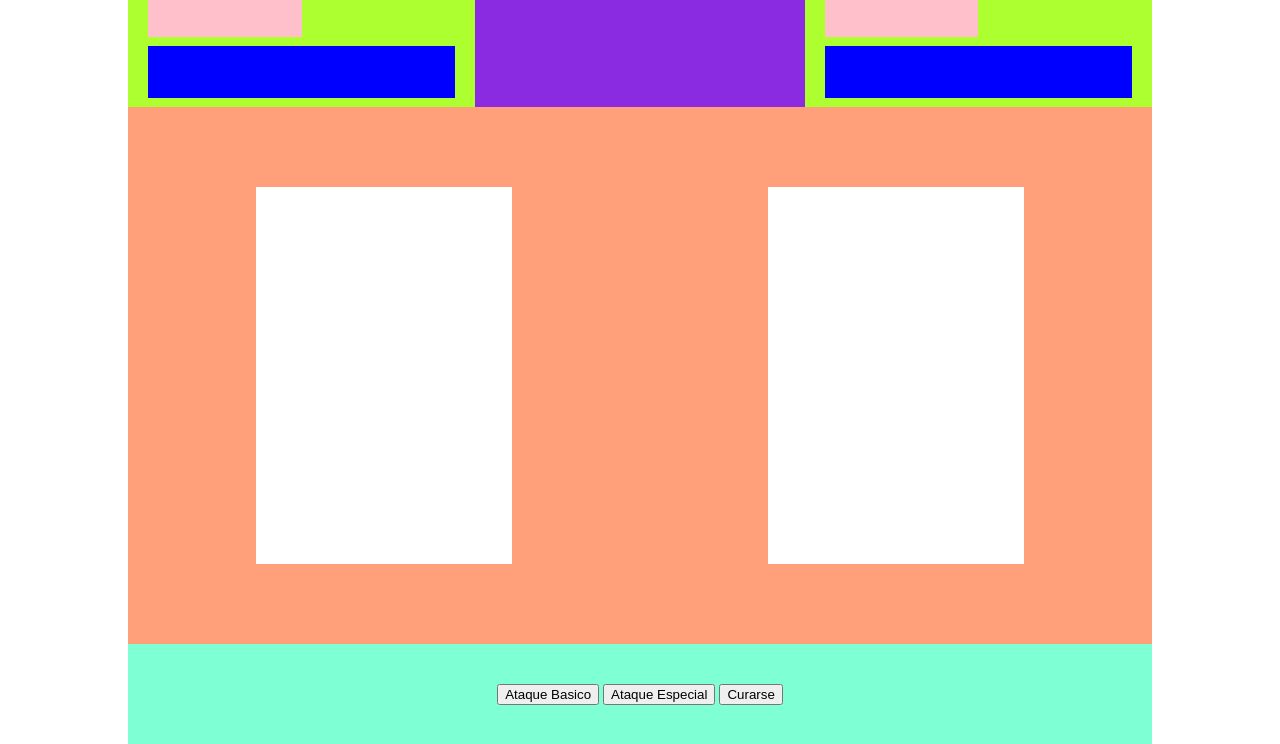
Repository: NovaDuel/novaduel-game
Page: index.html
An editor plug-in stored every save of this project. The page is shown before and after the next save, followed by the edit.
The browser window is 1280 px wide. The pictures show the whole page.

Above is the page before, as saved 2024-03-25 12:28:28.

### index.html
<!DOCTYPE html>
<html lang="en">
<head>
    <meta charset="UTF-8">
    <meta name="viewport" content="width=device-width, initial-scale=1.0">
    <link rel="stylesheet" href="style.css">
    <script src="main.js" defer></script>
    <title>NovaDuel</title>
</head>
<body>
    <div id="main-container">
        <div id="status">
            <div class="bars-wrapper">
                <div id="health-player" class="health"></div>
                <div id="stamina-player" class="stamina"></div>
            </div>
            <div class="bars-wrapper">
                <div id="health-enemy" class="health"></div>
                <div id="stamina-enemy" class="stamina"></div>
            </div>
        </div>
        <div id="characters">
            <div id="player" class="pj"></div>
            <div id="enemy" class="pj"></div>
        </div>
        <div id="actions">
            <div id="buttons">
                <button id="basic-attack">Ataque Basico</button>
                <button id="special-attack">Ataque Especial</button>
                <button id="heal-action">Curarse</button>
            </div>
        </div>
    </div>
</body>
</html>

### style.css
body {
    margin: 0;
    padding: 0;
    height: 100vh;
    display: flex;
    align-items: center;
    justify-content: center;
}

#main-container {
    width: 1024px;
    height: 768px;
    background-color: aquamarine;
}

#status {
    display: flex;
    justify-content: space-between;
    width: 100%;
    height: 17%;
    background-color:blueviolet
}

.bars-wrapper {
    display: flex;
    flex-direction: column;
    justify-content: space-evenly;
    align-items: left;
    width: 30%;
    height: 100%;
    padding: 0 20px;
    background-color: greenyellow;
}

.health {
    width: 50%;
    height: 40%;
    background-color: pink;
}

.stamina {
    width: 100%;
    height: 40%;
    background-color: blue
}

#characters {
    display: flex;
    align-items: center;
    justify-content: space-around;
    width: 100%;
    height: 70%;
    background-color: lightsalmon;
}

.pj {
    height: 70%;
    width: 25%;
    background-color: white;
}

#actions {
    height: 13%;
    display: flex;
    align-items: center;
    justify-content: center;
}

### main.js
const $$ = selector => document.querySelector(selector);

function Player (health, stamina, strength) {
    this.health = health;
    this.stamina = stamina;
    this.strength = strength;
    this.attackPlayer = function() {
        return this.strength;
    },
    this.specialAttackPlayer = function() {
        if (this.stamina >= 10) {
            this.stamina -= 10;
            return this.strength + 10 * Math.round(Math.random() * 3);
        }
    },
    this.receiveDamage = function(damage) {
        this.health -= damage;
    }
    this.healing = function() {
        if (this.stamina >= 20) {
            this.stamina -= 20;
            this.health += 50;
        }
    }
}


function Enemy (health, stamina, strength) {
    this.health = health;
    this.stamina = stamina;
    this.strength = strength;
    this.attackEnemy = function() {
        return this.strength;
    },
    this.specialAttackEnemy = function() {
        if (this.stamina >= 10) {
            this.stamina -= 10;
            return this.strength + 10 * Math.round(Math.random() * 3);
        }
    },
    this.receiveDamage = function (damage) {
        this.health -= damage;
    },
    this.healing = function() {
        if (this.stamina >= 20) {
            this.stamina -= 20;
            this.health += 50;
        }
    }
}

function Game() {

}

let player = new Player(100, 100, 20);
let enemy = new Enemy(100, 100, 18);

let actionsArray = ['attack', 'special', 'heal'],
    randomAction = Math.floor(Math.random() * 3);


function actionsEnemy(action) {
    switch(action) {
        case 0:
            let enemyStrength = enemy.attackEnemy();
            player.receiveDamage(enemyStrength);
            break;
        case 1:
            let specialEnemyStrength = enemy.specialAttackEnemy();
            player.receiveDamage(specialEnemyStrength);
            break;
        case 2:
            enemy.healing();
            break;
    }
}


$$('#basic-attack').addEventListener('click', function() {
    let playerStrength = player.attackPlayer();
    enemy.receiveDamage(playerStrength);
    enemy.health
    setTimeout(actionsEnemy, 2000, randomAction);
})
$$('#special-attack').addEventListener('click', function() {
    let playerStrength = player.specialAttackPlayer();
    enemy.receiveDamage(playerStrength);
    setTimeout(actionsEnemy, 2000, randomAction);
})
$$('#heal-action').addEventListener('click', function() {
    player.healing();
    setTimeout(actionsEnemy, 2000, randomAction);
})

After the next save:
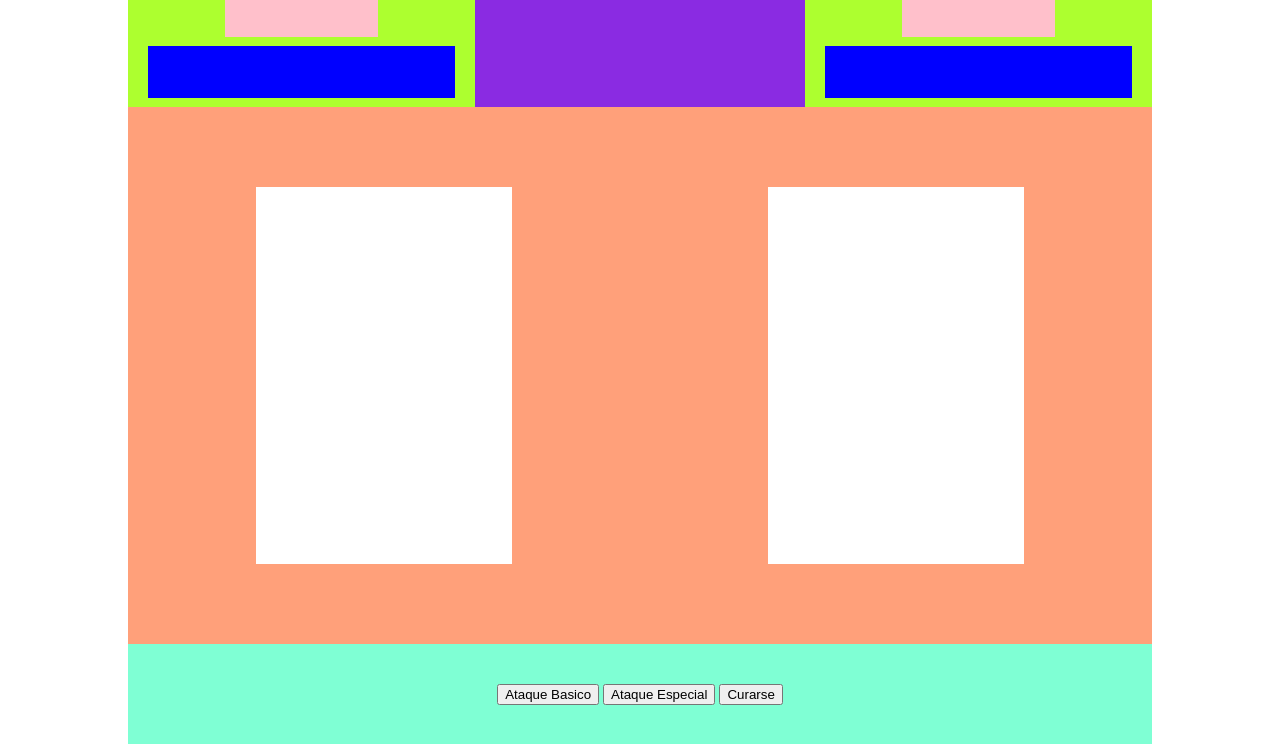
Saved 40 s later.
--- a/style.css
+++ b/style.css
@@ -25,7 +25,7 @@
     display: flex;
     flex-direction: column;
     justify-content: space-evenly;
-    align-items: left;
+    align-items: center;
     width: 30%;
     height: 100%;
     padding: 0 20px;

After the save that followed:
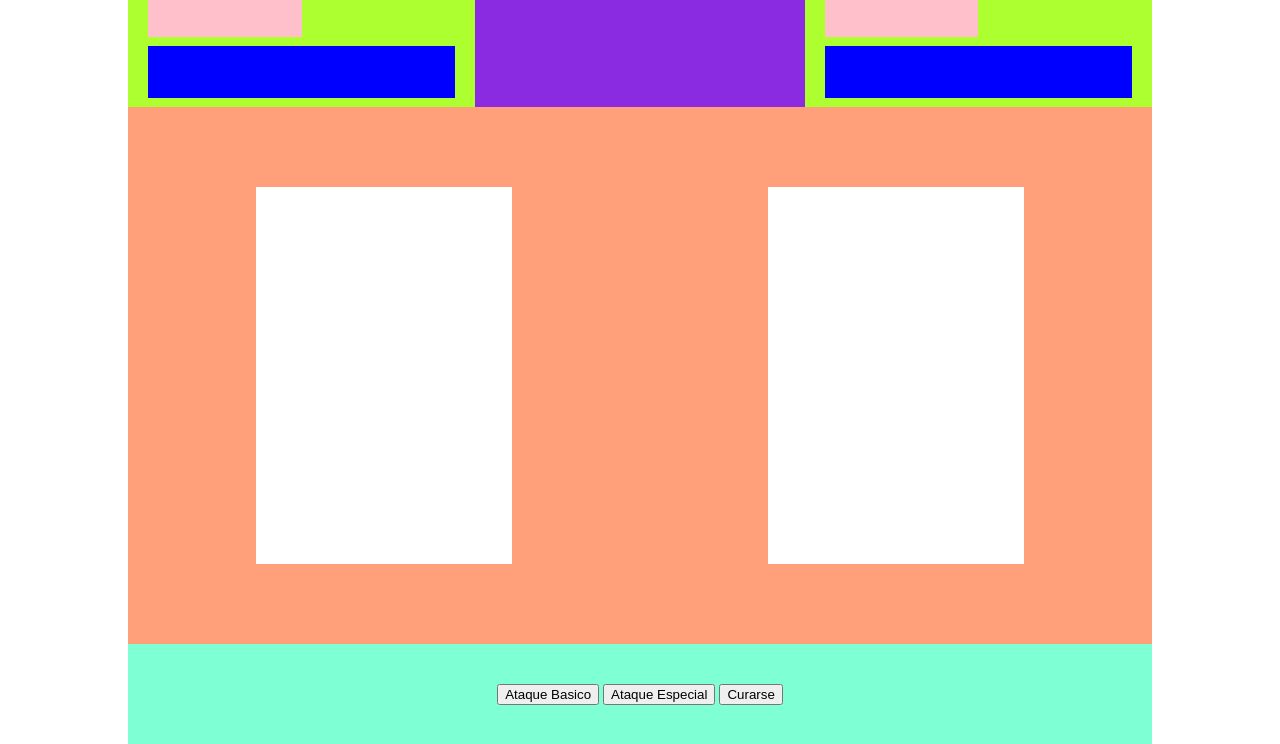
Saved 9 s later.
--- a/style.css
+++ b/style.css
@@ -25,7 +25,7 @@
     display: flex;
     flex-direction: column;
     justify-content: space-evenly;
-    align-items: center;
+    align-items: left;
     width: 30%;
     height: 100%;
     padding: 0 20px;
